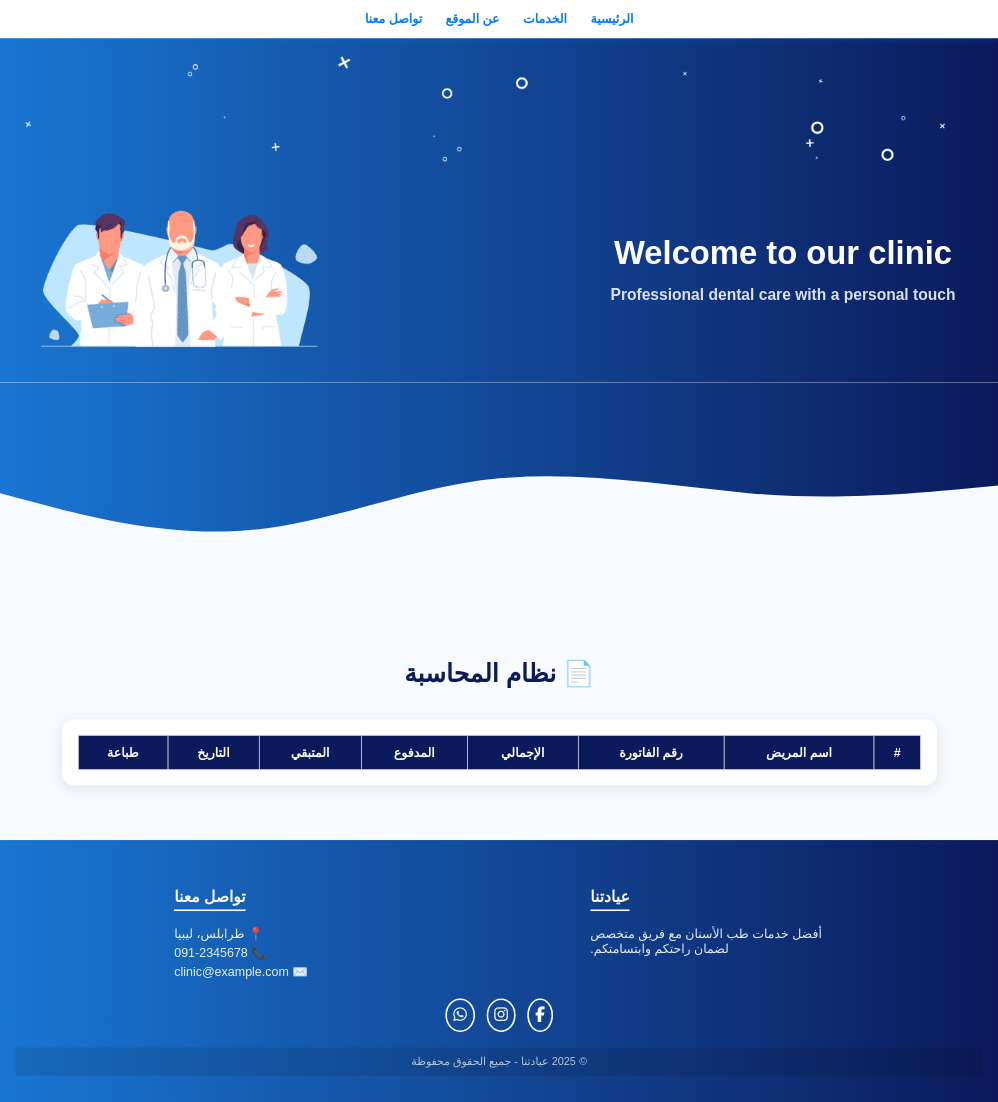
Repository: mysite4/s
Page: http://localhost/accounting-dashboard/
An editor plug-in stored every save of this project. The page is shown before and after the next save, followed by the edit.
The browser window is 1280 px wide. The pictures show the whole page, at 78% of full size.
Some web fonts or font styles are not loaded; a fallback is used. The page is served by the project's application, run on Django 5.2 (manage.py). Queries for data that is not in the repository find no rows.

Above is the page before, as saved 2026-01-04 14:46:36.

After the next save:
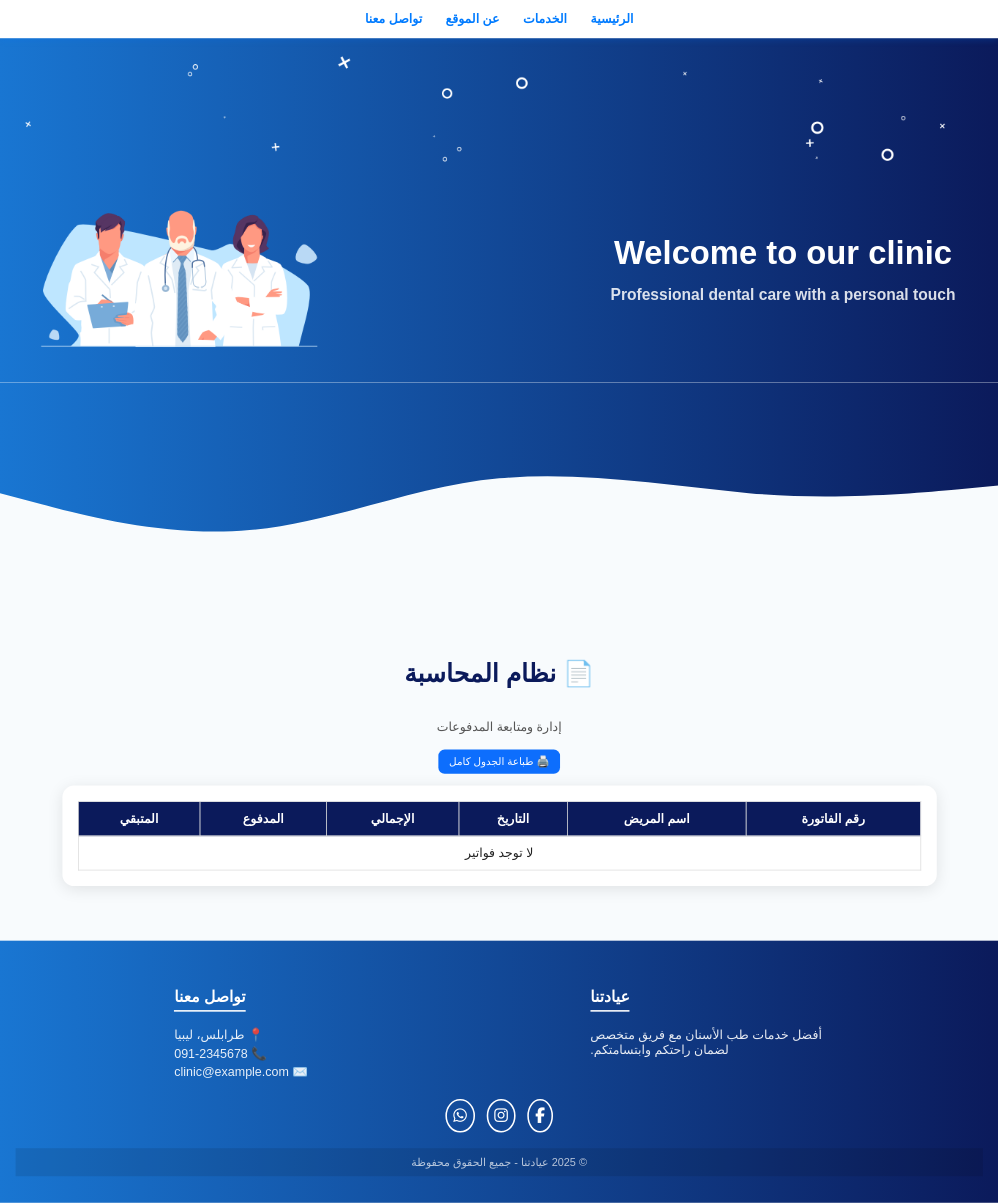
Saved 12 min 48 s later.
--- a/main/templates/services/accounting.html
+++ b/main/templates/services/accounting.html
@@ -1,7 +1,7 @@
-{% extends "base.html" %}
+{% extends 'base.html' %}
 {% load static %}
+
 {% block content %}
-
 <link rel="stylesheet" href="{% static 'css/dashboard.css' %}">
 
 <style>
@@ -12,10 +12,16 @@
 }
 
 .page-title {
-    text-align: center;
     font-size: 32px;
     font-weight: bold;
     color: #0b1a5b;
+    text-align: center;
+}
+
+.page-subtitle {
+    text-align: center;
+    color: #555;
+    margin-bottom: 20px;
 }
 
 .table-container {
@@ -23,7 +29,6 @@
     padding: 20px;
     border-radius: 15px;
     box-shadow: 0 4px 20px rgba(0,0,0,0.1);
-    margin-top: 20px;
 }
 
 .table {
@@ -33,63 +38,100 @@
 
 .table th,
 .table td {
+    border: 1px solid #ddd;
     padding: 12px;
     text-align: center;
-    border: 1px solid #ddd;
 }
 
 .table thead {
     background: #0b1a5b;
-    color: #fff;
+    color: white;
 }
 
 .badge-paid {
     background: #198754;
-    color: #fff;
     padding: 5px 10px;
     border-radius: 8px;
+    color: white;
 }
 
 .badge-remain {
     background: #dc3545;
-    color: #fff;
     padding: 5px 10px;
     border-radius: 8px;
+    color: white;
+}
+
+.btn-main {
+    background: #198754;
+    color: white;
+    padding: 8px 14px;
+    border-radius: 8px;
+    border: none;
+    cursor: pointer;
 }
 
 .btn-print {
-    background: #198754;
-    color: #fff;
+    background: #0d6efd;
+    color: white;
+    padding: 8px 14px;
+    border-radius: 8px;
     border: none;
-    padding: 6px 12px;
-    border-radius: 8px;
     cursor: pointer;
+    margin-bottom: 15px;
+}
+
+/* ===== الطباعة ===== */
+@media print {
+    body * {
+        visibility: hidden;
+    }
+
+    #print-area, #print-area * {
+        visibility: visible;
+    }
+
+    #print-area {
+        position: absolute;
+        left: 0;
+        top: 0;
+        width: 100%;
+    }
+
+    .no-print {
+        display: none !important;
+    }
 }
 </style>
 
 <div class="page-container">
     <h1 class="page-title">📄 نظام المحاسبة</h1>
+    <p class="page-subtitle">إدارة ومتابعة المدفوعات</p>
 
-    <div class="table-container">
+    <!-- زر الطباعة -->
+    <button class="btn-print no-print" onclick="printTable()">
+        🖨️ طباعة الجدول كامل
+    </button>
+
+    <!-- منطقة الطباعة -->
+    <div class="table-container" id="print-area">
         <table class="table">
             <thead>
                 <tr>
-                    <th>#</th>
+                    <th>رقم الفاتورة</th>
                     <th>اسم المريض</th>
-                    <th>رقم الفاتورة</th>
+                    <th>التاريخ</th>
                     <th>الإجمالي</th>
                     <th>المدفوع</th>
                     <th>المتبقي</th>
-                    <th>التاريخ</th>
-                    <th>طباعة</th>
                 </tr>
             </thead>
             <tbody>
                 {% for invoice in invoices %}
                 <tr>
-                    <td>{{ forloop.counter }}</td>
+                    <td>{{ invoice.number }}</td>
                     <td>{{ invoice.appointment.name }}</td>
-                    <td>{{ invoice.number }}</td>
+                    <td>{{ invoice.date|date:"Y-m-d" }}</td>
                     <td>{{ invoice.total_amount }} د.ل</td>
                     <td>
                         <span class="badge-paid">
@@ -101,12 +143,10 @@
                             {{ invoice.remaining_amount }} د.ل
                         </span>
                     </td>
-                    <td>{{ invoice.date }}</td>
-                    <td>
-                        <button class="btn-print" onclick="printInvoice('{{ invoice.id }}')">
-                            🖨️
-                        </button>
-                    </td>
+                </tr>
+                {% empty %}
+                <tr>
+                    <td colspan="6">لا توجد فواتير</td>
                 </tr>
                 {% endfor %}
             </tbody>
@@ -114,29 +154,9 @@
     </div>
 </div>
 
-<!-- نسخة الطباعة -->
-{% for invoice in invoices %}
-<div id="print-{{ invoice.id }}" style="display:none">
-    <h2 style="text-align:center">فاتورة محاسبة</h2>
-    <hr>
-    <p><strong>اسم المريض:</strong> {{ invoice.appointment.name }}</p>
-    <p><strong>رقم الفاتورة:</strong> {{ invoice.number }}</p>
-    <p><strong>الإجمالي:</strong> {{ invoice.total_amount }} د.ل</p>
-    <p><strong>المدفوع:</strong> {{ invoice.paid_amount }} د.ل</p>
-    <p><strong>المتبقي:</strong> {{ invoice.remaining_amount }} د.ل</p>
-    <p><strong>التاريخ:</strong> {{ invoice.date }}</p>
-</div>
-{% endfor %}
-
 <script>
-function printInvoice(id) {
-    let content = document.getElementById('print-' + id).innerHTML;
-    let win = window.open('', '', 'width=600,height=600');
-    win.document.write('<html><head><title>فاتورة</title></head><body>');
-    win.document.write(content);
-    win.document.write('</body></html>');
-    win.document.close();
-    win.print();
+function printTable() {
+    window.print();
 }
 </script>
 
